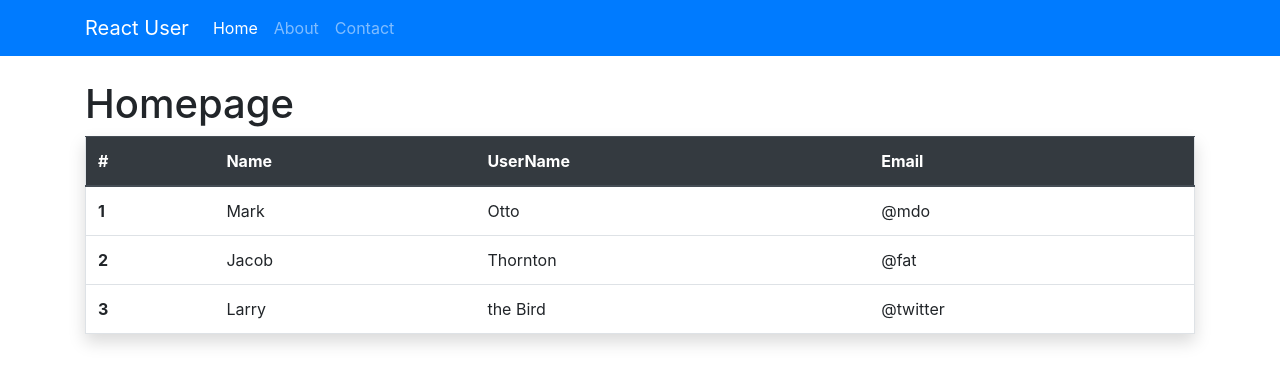
Repository: hardik2626/reactcrud2020
Page: /
These files come from the project's save history. The page is drawn as it stood at one moment and after the next save; the edit follows.
The browser window is 1280 px wide. The pictures show the whole page.
The project was rebuilt for these pictures with package versions that can differ from the ones it lists, and the page was loaded fresh each time. Also part of the build but not shown: src/index.css, src/App.css, src/component/pages/About.js, src/component/pages/Contact.js, src/component/pages/Notfound.js.

Above is the page before, as saved 2020-10-28 18:52:23.

### src/App.js

import './App.css';
import '../node_modules/bootstrap/dist/css/bootstrap.css'
import Home from './component/pages/Home';
import About from './component/pages/About';
import Contact from './component/pages/Contact';
import Navbar from './component/layout/Navbar';
import {BrowserRouter as Router, Route, Switch} from 'react-router-dom'
import Notfound from './component/pages/Notfound';

function App() {
  return (
    <Router>
      <div className="App">
        <Navbar />
        <Switch>
          <Route exact path="/" component={Home} />
          <Route exact path="/about" component={About} />
          <Route exact path="/contact" component={Contact} />
          <Route  component={Notfound} />
        </Switch>
    </div>
    </Router>
  );
}

export default App;

### src/component/pages/Home.js
import axios from 'axios'
import React, { useEffect, useState } from 'react'

const Home = () => {
    const [users, setUsers] = useState([])

    useEffect(() => {

    }, [])

    const loadUsers = async () => {
        const result = await axios.get("http://localhost:3003/users")
        setUsers(result.data)
    }

    return (
        <>
            <div className="container">
                <div className="py-4">
                    <h1>Homepage</h1>
                    <table class="table border shadow">
                        <thead class="thead-dark">
                            <tr>
                            <th scope="col">#</th>
                            <th scope="col">Name</th>
                            <th scope="col">UserName</th>
                            <th scope="col">Email</th>
                            </tr>
                        </thead>
                        <tbody>
                            <tr>
                            <th scope="row">1</th>
                            <td>Mark</td>
                            <td>Otto</td>
                            <td>@mdo</td>
                            </tr>
                            <tr>
                            <th scope="row">2</th>
                            <td>Jacob</td>
                            <td>Thornton</td>
                            <td>@fat</td>
                            </tr>
                            <tr>
                            <th scope="row">3</th>
                            <td>Larry</td>
                            <td>the Bird</td>
                            <td>@twitter</td>
                            </tr>
                        </tbody>
                    </table>
                    <axios />
                </div>
            </div>
        </>
    )
}

export default Home

### src/component/layout/Navbar.js
import React from 'react'
import { NavLink } from 'react-router-dom'

const Navbar = () => {
    return (
        <>
            <nav className="navbar navbar-expand-lg navbar-dark  bg-primary">
                <div className="container">
                <NavLink className="navbar-brand" to="/">React User</NavLink>
                    <button className="navbar-toggler" type="button" data-toggle="collapse" data-target="#navbarSupportedContent" aria-controls="navbarSupportedContent" aria-expanded="false" aria-label="Toggle navigation">
                        <span className="navbar-toggler-icon"></span>
                    </button>

                    <div className="collapse navbar-collapse">
                        <ul className="navbar-nav mr-auto">
                        <li className="nav-item">
                            <NavLink className="nav-link" exact to="/">Home</NavLink>
                        </li>
                        <li className="nav-item">
                            <NavLink className="nav-link" exact to="/about">About</NavLink>
                        </li>
                        <li className="nav-item">
                            <NavLink className="nav-link" exact to="/contact">Contact</NavLink>
                        </li>



                        </ul>
                    </div>
                </div>
            </nav>
        </>
    )
}

export default Navbar

Loaded but not shown: public/index.html (common file); src/index.js (common file)

After the next save:
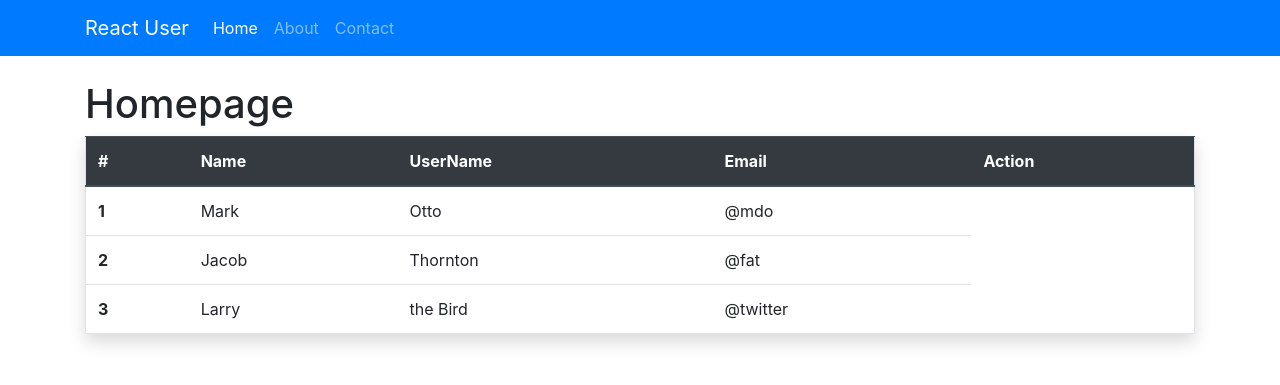
Saved 12 s later.
--- a/src/component/pages/Home.js
+++ b/src/component/pages/Home.js
@@ -25,6 +25,7 @@ const Home = () => {
                             <th scope="col">Name</th>
                             <th scope="col">UserName</th>
                             <th scope="col">Email</th>
+                            <th scope="col">Action</th>
                             </tr>
                         </thead>
                         <tbody>
